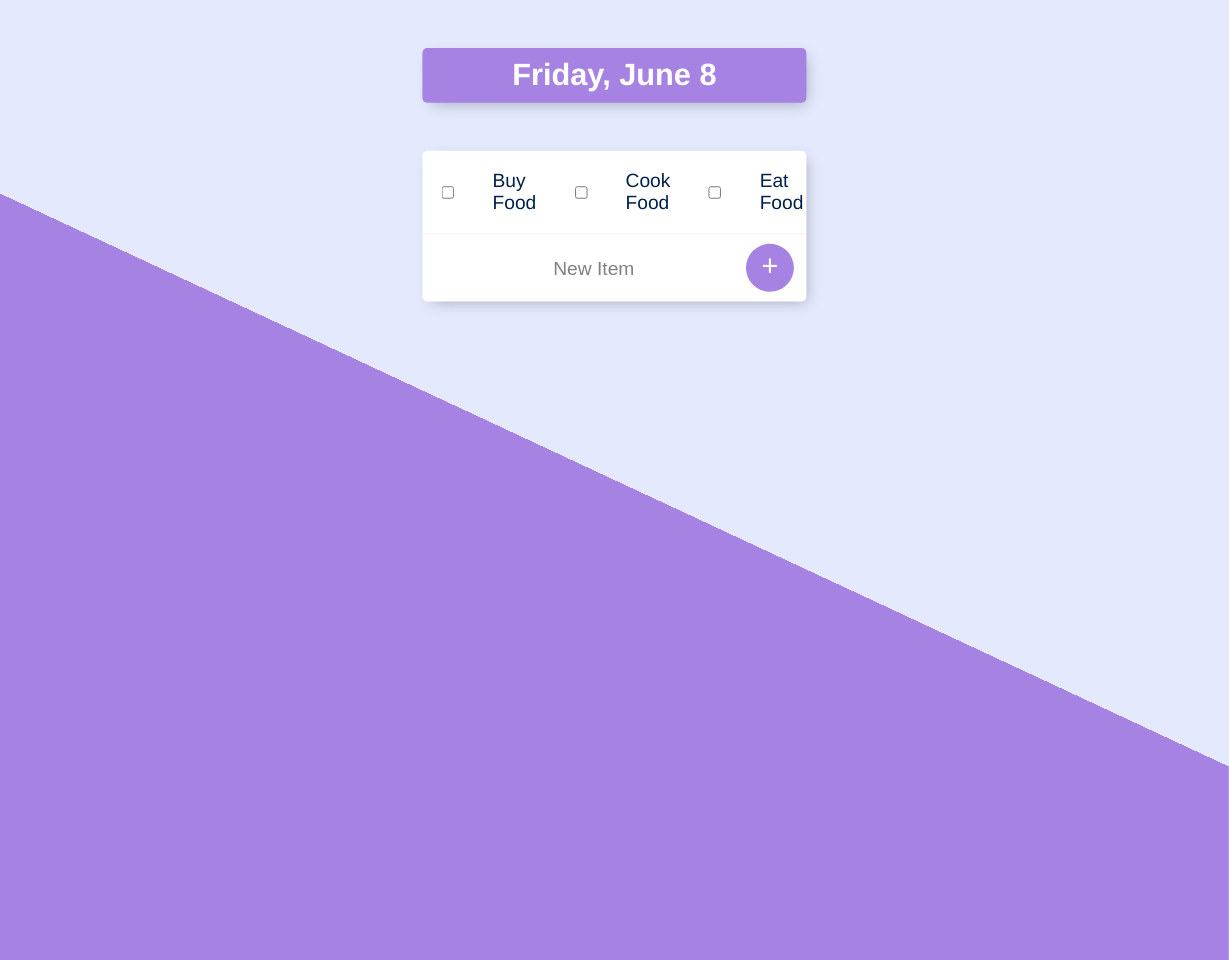
Repository: DESTINYAS/ToDo-List
Page: http://localhost/
The author's editor kept a copy of each file at every save. The page is drawn from the files as they stood at one save, then again after the next save.
The browser window is 1280 px wide. The pictures show the whole page, at 96% of full size.
The page is served by the project's Node server (app.js).

Above is the page before, as saved 2022-08-24 15:28:47.

### views/list.ejs
<!DOCTYPE html>
<html lang="en">
  <head>
    <meta charset="UTF-8" />
    <meta http-equiv="X-UA-Compatible" content="IE=edge" />
    <meta name="viewport" content="width=device-width, initial-scale=1.0" />
    <title>To do list</title>
    <link rel="stylesheet" href="css/styles.css">
  </head>
  <body>
    <div class="box" id="heading">
      <h1><%= kindOfDay %></h1>
    </div>

    <div class="box">
      <div class="item">

        <% for( var i=0;i<newListItems.length;i++) {%>
          <input type="checkbox">
          <p><%= newListItems[i] %></p>
          <%}%>
        </div>
      <form class="item" action="/" method="post">
        <input type="text" name="newItem" placeholder="New Item" autocomplete="off"/>
        <button type="submit" name="button">+</button>
      </form>
    </div>
  </body>
</html>

### app.js
const express = require("express");
const bodyParser = require("body-parser");

const app = express();
var items = ["Buy Food", "Cook Food", "Eat Food"];
app.set("view engine", "ejs");
app.use(bodyParser.urlencoded({ extended: true }));
app.use(express.static("public"));

app.get("/", function (req, res) {
  const today = new Date();

  var options = {
    weekday: "long",
    day: "numeric",
    month: "long",
  };
  var day = today.toLocaleDateString("en-US", options);

  res.render("list", { kindOfDay: day, newListItems: items });
});
app.post("/", function (req, res) {
  var item = req.body.newItem;
  items.push(item);
  res.redirect("/");
});

app.listen(3000, function () {
  console.log("server started at port 3000");
});

### public/css/styles.css
html {
  background-color: #e4e9fd;
  background-image: -webkit-linear-gradient(65deg, #a683e3 50%, #e4e9fd 50%);
  min-height: 1000px;
  font-family: "helvetica neue";
}

h1 {
  color: #fff;
  padding: 10px;
}

.box {
  max-width: 400px;
  margin: 50px auto;
  background: white;
  border-radius: 5px;
  box-shadow: 5px 5px 15px -5px rgba(0, 0, 0, 0.3);
}

#heading {
  background-color: #a683e3;
  text-align: center;
}

.item {
  min-height: 70px;
  display: flex;
  align-items: center;
  border-bottom: 1px solid #f1f1f1;
}

.item:last-child {
  border-bottom: 0;
}

input:checked + p {
  text-decoration: line-through;
  text-decoration-color: #a683e3;
}

input[type="checkbox"] {
  margin: 20px;
}

p {
  margin: 0;
  padding: 20px;
  font-size: 20px;
  font-weight: 200;
  color: #00204a;
}

form {
  text-align: center;
  margin-left: 20px;
}

button {
  min-height: 50px;
  width: 50px;
  border-radius: 50%;
  border-color: transparent;
  background-color: #a683e3;
  color: #fff;
  font-size: 30px;
  padding-bottom: 6px;
  border-width: 0;
}

input[type="text"] {
  text-align: center;
  height: 60px;
  top: 10px;
  border: none;
  background: transparent;
  font-size: 20px;
  font-weight: 200;
  width: 313px;
}

input[type="text"]:focus {
  outline: none;
  box-shadow: inset 0 -3px 0 0 #a683e3;
}

::placeholder {
  color: grey;
  opacity: 1;
}

footer {
  color: white;
  color: rgba(0, 0, 0, 0.5);
  text-align: center;
}

After the next save:
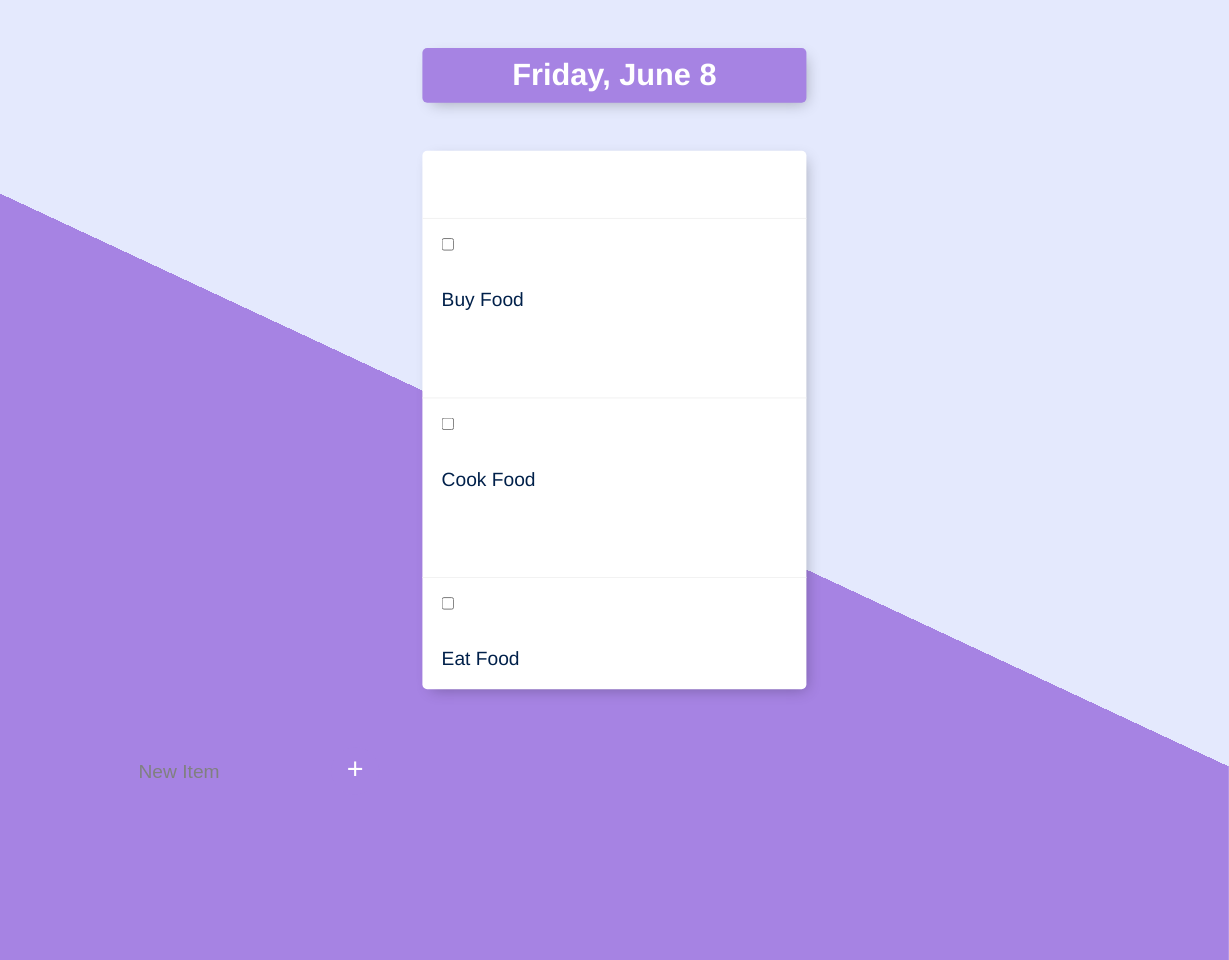
Saved 5 min 7 s later.
--- a/views/list.ejs
+++ b/views/list.ejs
@@ -13,9 +13,8 @@
     </div>
 
     <div class="box">
-      <div class="item">
-
         <% for( var i=0;i<newListItems.length;i++) {%>
+          <div class="item"></div>
           <input type="checkbox">
           <p><%= newListItems[i] %></p>
           <%}%>
